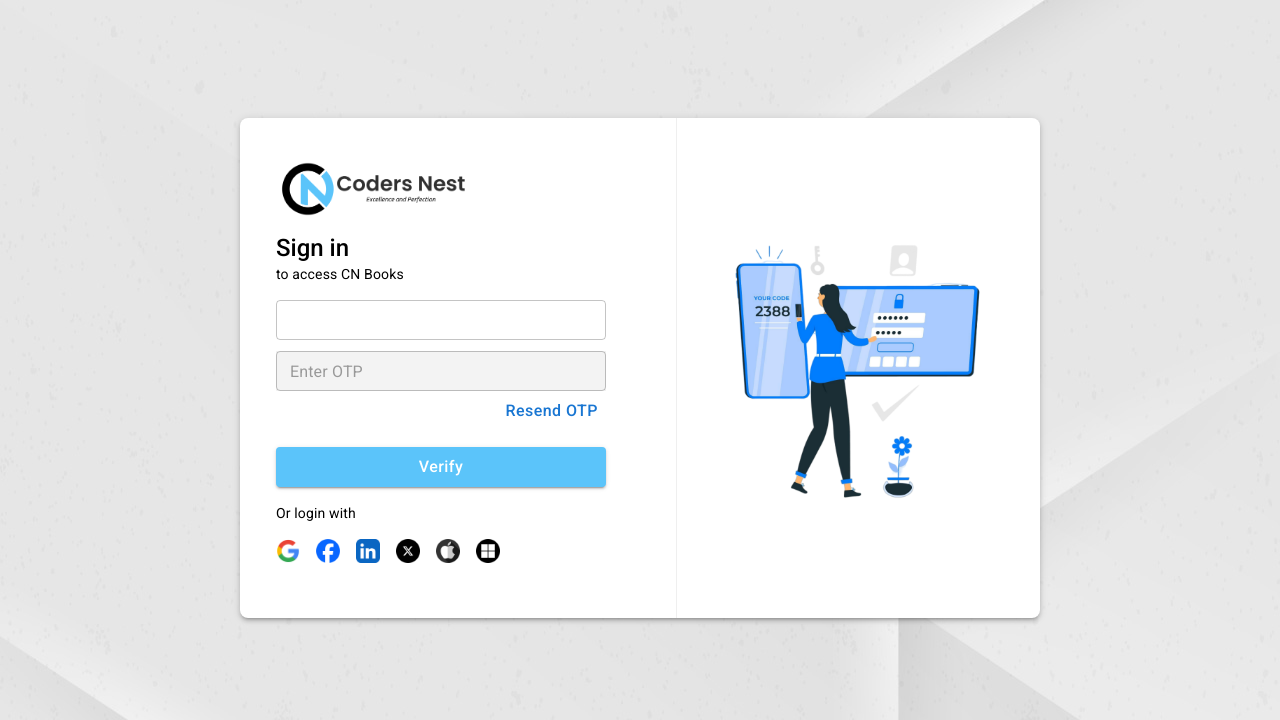
Repository: wajahadalishaik04/CN_Books
Page: /otpscreen
The author's editor kept a copy of each file at every save. The page is drawn from the files as they stood at one save, then again after the next save.
The browser window is 1280 px wide. The pictures show the whole page.
The project was rebuilt for these pictures with package versions that can differ from the ones it lists, and the page was loaded fresh each time. Also part of the build but not shown: vite.config.js, src/pages/LoginScreen.jsx, src/pages/Signin.jsx, src/pages/SignUp.jsx, src/pages/VerifyScreen.jsx, src/components/Header.jsx, src/components/SideBar.jsx, src/components/Content.jsx and 7 more.

Above is the page before, as saved 2024-09-30 14:07:43.

### index.html
<!DOCTYPE html>
<html lang="en">
  <head>
    <meta charset="UTF-8" />
    <link rel="preconnect" href="https://fonts.googleapis.com" />
    <link rel="preconnect" href="https://fonts.gstatic.com" crossorigin />
    <link
      rel="stylesheet"
      href="https://fonts.googleapis.com/css2?family=Roboto:wght@300;400;500;700&display=swap"
    />

    <meta name="viewport" content="width=device-width, initial-scale=1.0" />
    <title>CN_BOOKS</title>
  </head>
  <body>

    <div id="root"></div>
    <script type="module" src="/src/main.jsx"></script>
  </body>
</html>

### src/main.jsx
import { createRoot } from 'react-dom/client'
import App from './App.jsx'
import { Provider } from 'react-redux'
import store from './store/store.js'
import './styles/index.css'
createRoot(document.getElementById('root')).render(
 <Provider store={store}>
   <App />
 </Provider>
)

### src/App.jsx
import React from "react";
import LoginScreen from "./pages/LoginScreen";
import { BrowserRouter, Routes, Route, Navigate } from "react-router-dom";
import Signin from "./pages/Signin";
import { useSelector } from "react-redux";
import OtpScreen from "./pages/OtpScreen";
import SignUp from "./pages/SignUp";
import VerifyScreen from "./pages/VerifyScreen";
import DashboardScreen from "./pages/DashboardScreen";
import SideBar from "./components/SideBar";
import Header from "./components/Header";
import Customer from "./pages/Customer";
import WrapComponent from "./pages/WrapComponent";
import Category from "./pages/Category";
import NewCustomer from "./pages/customerscreens/NewCustomer";

const App = () => {
  const { user } = useSelector((e) => e.userReducer);
  return (
    <>
      <BrowserRouter>
        <Routes>
          <Route element={<WrapComponent />}>
            <Route path="/dashboardscreen" element={<DashboardScreen />} />
            <Route path="/customer" element={<Customer />} />
            <Route path="/category" element={<Category />} />
            <Route path="/newcustomer" element={<NewCustomer />} />

          </Route>
          <Route
            path="/"
            element={<Navigate to={user ? "/signin" : "/LoginScreen"} />}
          />
          <Route
            path="/signin"
            element={user ? <Navigate to={"/dashboardscreen"} /> : <Signin />}
          />
          <Route path="/loginscreen" element={<LoginScreen />} />
          <Route path="/otpscreen" element={<OtpScreen />} />
          <Route path="/signup" element={<SignUp />} />
          <Route path="/verifyscreen" element={<VerifyScreen />} />
        </Routes>
      </BrowserRouter>
    </>
  );
};

export default App;

### src/store/store.js
import { configureStore } from "@reduxjs/toolkit";
import { userReducer } from "./reducer";

const store = configureStore({
    reducer:{userReducer}
})
export default store;

### src/styles/index.css
*
{
    margin: 0;
    padding: 0;
    border: none;

}
.img
{
    background-color: red;
    background-clip: content-box;
    -webkit-background-clip: content-box;
    visibility: hidden;
}

### src/pages/OtpScreen.jsx
import React, { useState } from "react";
import {
  Box,
  Button,
  TextField,
  Typography,
  styled,
} from "@mui/material";
import { images } from "../utils/ImgUtils";
import { useLocation, useNavigate } from "react-router-dom";
import axios from "axios";
const OtpScreen = () => {
  const [otp, setOtp] = useState(""); // Store entered OTP
  const [error, setError] = useState(""); // Store error messages
  const navigate = useNavigate();
  const location = useLocation();
  const { emailMobile } = location.state || {};

  const ResendOtp = styled(Button)({
    textTransform: "none",
    fontSize: "1rem",
  });

  // Function to send OTP (called on Resend button click)
  const sendOtp = async () => {
    try {
      const response = await axios.post("https://api.example.com/send-otp", {
        phoneNumber: "1234567890", // replace with user's phone number
      });
      if (response.data.success) {
        console.log("OTP sent successfully");
      }
    } catch (error) {
      console.log("Error sending OTP:", error);
    }
  };

  // Handle OTP submission
  const handleSubmit = async () => {
    try {
      const response = await axios.post("https://api.example.com/verify-otp", {
        phoneNumber: "1234567890", // replace with user's phone number
        otp: 653762,
      });
      if (response.data.success) {
        navigate("/dashboardscreen");
      } else {
        setError("Invalid OTP. Please try again.");
      }
    } catch (error) {
      console.log("Error verifying OTP:", error);
      setError("Something went wrong. Please try again.");
    }
  };

  return (
    <Box
      display="flex"
      justifyContent="center"
      alignItems="center"
      width="100%"
      height="100vh"
      sx={{ backgroundImage: "url(/images/BackgroundImg.jpeg)" }}
    >
      <Box
        display="flex"
        bgcolor="#fff"
        boxShadow={3}
        marginTop={2}
        borderRadius="8px"
        overflow="hidden"
        width="800px"
        height="500px"
      >
        <Box flex={1} p={4.5} mt={1} component={"form"}>
          <Box flex={1} sx={{ width: "330px" }}>
            <Box display="flex" justifyContent="space-between" alignItems="center">
              <img src={images.codersnestLogo} alt="Logo" style={{ width: 200 }} />
            </Box>
            <Typography variant="h5" fontWeight={500} mt={2}>
              Sign in
            </Typography>
            <Typography variant="body2" color="default" mb={2}>
              to access CN Books
            </Typography>

            <TextField
              sx={{ marginBottom: 1.4 }}
              size="small"
              fullWidth
              defaultValue={emailMobile}
              slotProps={{
                input: {
                  readOnly: true,
                },
              }}
            />

            <TextField
              size="small"
              type="password"
              placeholder="Enter OTP"
              fullWidth
              value={otp}
              onChange={(e) => setOtp(e.target.value)}
              sx={{
                fontWeight: "500",
                backgroundColor: "#F3F3F3",
                "&:hover": {
                  backgroundColor: "#FFF",
                },
                "& .MuiOutlinedInput-root": {
                  "&.Mui-focused": {
                    backgroundColor: "#EBF9FF",
                    borderColor: "#5BC4FA",
                  },
                },
              }}

            />
            {error && <Typography color="red">{error}</Typography>}

            <Box sx={{ display: "flex", justifyContent: "flex-end" }}>
              <ResendOtp onClick={sendOtp}>Resend OTP</ResendOtp>
            </Box>

            <Button
              onClick={handleSubmit}
              variant="contained"
              fullWidth
              sx={{
                backgroundColor: "#5BC4FA",
                mt: 2,
                textTransform: "none",
                fontSize: "1rem",
              }}
            >
              Verify
            </Button>

            {/* Social Login */}
            <Typography variant="body2" color="#000000" mt={2}>
              Or login with
            </Typography>
            <Box display="flex" justifyContent="flex-start" gap={2} mt={2}>
              <img src={images.googleicon} width={24} alt="googleicon" />
              <img src={images.facebookicon} width={24} alt="facebookicon" />
              <img src={images.linkedinicon} width={24} alt="linkedinicon" />
              <img src={images.xicon} width={24} alt="xicon" />
              <img src={images.appleicon} width={24} alt="appleicon" />
              <img src={images.windowsicon} width={24} alt="windowsicon" />
            </Box>
          </Box>
        </Box>
        <Box sx={{ borderRight: "1.5px solid #EFEFEF" }}></Box>

        {/* Right Side - Illustration Image */}
        <Box
          flex={1}
          display="flex"
          justifyContent="center"
          alignItems="center"
          sx={{ display: { xs: "none", sm: "flex" } }}
        >
          <img src={images.otpImg} alt="Illustration" width="350px" height="auto" />
        </Box>
      </Box>
    </Box>
  );
};

export default OtpScreen;

### src/store/reducer.js
import { createReducer } from "@reduxjs/toolkit";

export const userReducer = createReducer({user:null},(builder)=>
{
    builder.addCase("loginUser",(state,action)=>
    {
        state.user = action.payload
    })
})

### src/utils/ImgUtils.js
export const images ={
    backgroundImg:"./images/BackgroundImg.jpeg",
    codersnest:"./images/codersnest.png",
    codersnestLogo:"./images/codersnest1.png",
    loginImg:"./images/login_illustration.png",
    otpImg:"./images/otpImg.png",
    signupImg:"./images/signup.png",
    googleicon:"./images/google-color-icon.png",
    facebookicon:"./images/facebook-round-color-icon.png",
    linkedinicon:"./images/linkedin-app-icon.png",
    xicon:"./images/x-social-media-round-icon.png",
    officemanImg:"./images/officeman.png",
    appleicon:"./images/apple.png",
    windowsicon:"./images/windows.png",
    Arrowdownicon:"./images/Arrowdown.png",
    Customericon:"./images/Customer.png",
    Addressicon:"./images/Address.png",
    Passwordicon:"./images/Password.png",
    Accounticon:"./images/Account.png",
    Logouticon:"./images/Logout.png",
    dashboardwhiteicon:"./images/DashboardWhiteIcon.png",
    dashboardicon:"./images/DashboardIcon.png",
    groupcustomericon:"./images/GroupCustomerIcon.png",
    groupcustomerwhiteicon:"./images/GroupCustomerWhiteIcon.png",
    categoryicon:"./images/categoryicon.png",
    categorywhiteicon:"./images/CategoryWhiteIcon.png",
    editicon:"./images/EditIcon.png",
    binicon:"./images/EditIcon.png",
    editicon:"./images/BinIcon.png",
    hiddenicon:"./images/HiddenIcon.png",
    verticaldoticon:"./images/VerticalDots.png",
    dollararrowicon:"./images/dollarArrow.png",
    doticon:"./images/dotIcon.png"
}

After the next save:
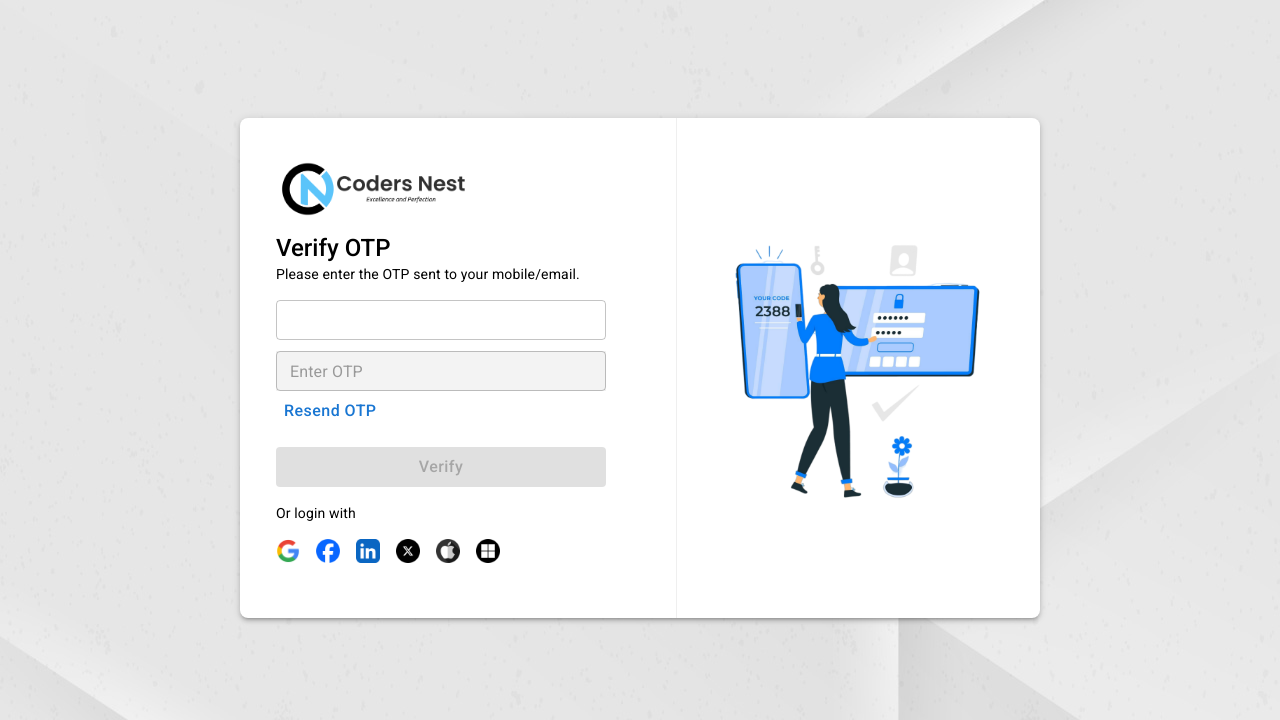
Saved 7 min 39 s later.
--- a/src/pages/OtpScreen.jsx
+++ b/src/pages/OtpScreen.jsx
@@ -1,17 +1,15 @@
-import React, { useState } from "react";
-import {
-  Box,
-  Button,
-  TextField,
-  Typography,
-  styled,
-} from "@mui/material";
+import React, { useState, useEffect } from "react";
+import { Box, Button, TextField, Typography, styled } from "@mui/material";
 import { images } from "../utils/ImgUtils";
 import { useLocation, useNavigate } from "react-router-dom";
 import axios from "axios";
+
 const OtpScreen = () => {
   const [otp, setOtp] = useState(""); // Store entered OTP
+  const [generatedOtp, setGeneratedOtp] = useState(""); // Store generated OTP
   const [error, setError] = useState(""); // Store error messages
+  const [sent, setSent] = useState(false); // Track if OTP is sent
+  const [verifyEnabled, setVerifyEnabled] = useState(false); // Enable/disable Verify button
   const navigate = useNavigate();
   const location = useLocation();
   const { emailMobile } = location.state || {};
@@ -21,37 +19,31 @@
     fontSize: "1rem",
   });
 
-  // Function to send OTP (called on Resend button click)
-  const sendOtp = async () => {
-    try {
-      const response = await axios.post("https://api.example.com/send-otp", {
-        phoneNumber: "1234567890", // replace with user's phone number
-      });
-      if (response.data.success) {
-        console.log("OTP sent successfully");
-      }
-    } catch (error) {
-      console.log("Error sending OTP:", error);
+  // Function to generate and send OTP
+  const sendOtp = () => {
+    const randomOtp = Math.floor(100000 + Math.random() * 900000); // Generate 6-digit random OTP
+    setGeneratedOtp(randomOtp);
+    setSent(true); // Show "Sent" text
+    alert(`OTP sent: ${randomOtp}`); // Show OTP in an alert (replace this with actual API call in production)
+  };
+
+  // Handle OTP submission
+  const handleSubmit = () => {
+    if (otp === generatedOtp.toString()) {
+      navigate("/dashboardscreen");
+    } else {
+      setError("Invalid OTP. Please try again.");
     }
   };
 
-  // Handle OTP submission
-  const handleSubmit = async () => {
-    try {
-      const response = await axios.post("https://api.example.com/verify-otp", {
-        phoneNumber: "1234567890", // replace with user's phone number
-        otp: 653762,
-      });
-      if (response.data.success) {
-        navigate("/dashboardscreen");
-      } else {
-        setError("Invalid OTP. Please try again.");
-      }
-    } catch (error) {
-      console.log("Error verifying OTP:", error);
-      setError("Something went wrong. Please try again.");
+  // Enable Verify button when OTP length is 6
+  useEffect(() => {
+    if (otp.length === 6) {
+      setVerifyEnabled(true);
+    } else {
+      setVerifyEnabled(false);
     }
-  };
+  }, [otp]);
 
   return (
     <Box
@@ -78,10 +70,10 @@
               <img src={images.codersnestLogo} alt="Logo" style={{ width: 200 }} />
             </Box>
             <Typography variant="h5" fontWeight={500} mt={2}>
-              Sign in
+              Verify OTP
             </Typography>
             <Typography variant="body2" color="default" mb={2}>
-              to access CN Books
+              Please enter the OTP sent to your mobile/email.
             </Typography>
 
             <TextField
@@ -89,16 +81,14 @@
               size="small"
               fullWidth
               defaultValue={emailMobile}
-              slotProps={{
-                input: {
-                  readOnly: true,
-                },
+              InputProps={{
+                readOnly: true,
               }}
             />
 
             <TextField
               size="small"
-              type="password"
+              type="text"
               placeholder="Enter OTP"
               fullWidth
               value={otp}
@@ -116,20 +106,28 @@
                   },
                 },
               }}
+            />
 
-            />
             {error && <Typography color="red">{error}</Typography>}
 
-            <Box sx={{ display: "flex", justifyContent: "flex-end" }}>
+            <Box
+              sx={{
+                display: "flex",
+                justifyContent: "space-between",
+                alignItems: "center",
+              }}
+            >
               <ResendOtp onClick={sendOtp}>Resend OTP</ResendOtp>
+              {sent && <Typography variant="body2" color="green">Sent</Typography>}
             </Box>
 
             <Button
               onClick={handleSubmit}
               variant="contained"
               fullWidth
+              disabled={!verifyEnabled} // Disable button until OTP is filled
               sx={{
-                backgroundColor: "#5BC4FA",
+                backgroundColor: verifyEnabled ? "#5BC4FA" : "#C0E8FB",
                 mt: 2,
                 textTransform: "none",
                 fontSize: "1rem",

After the save that followed:
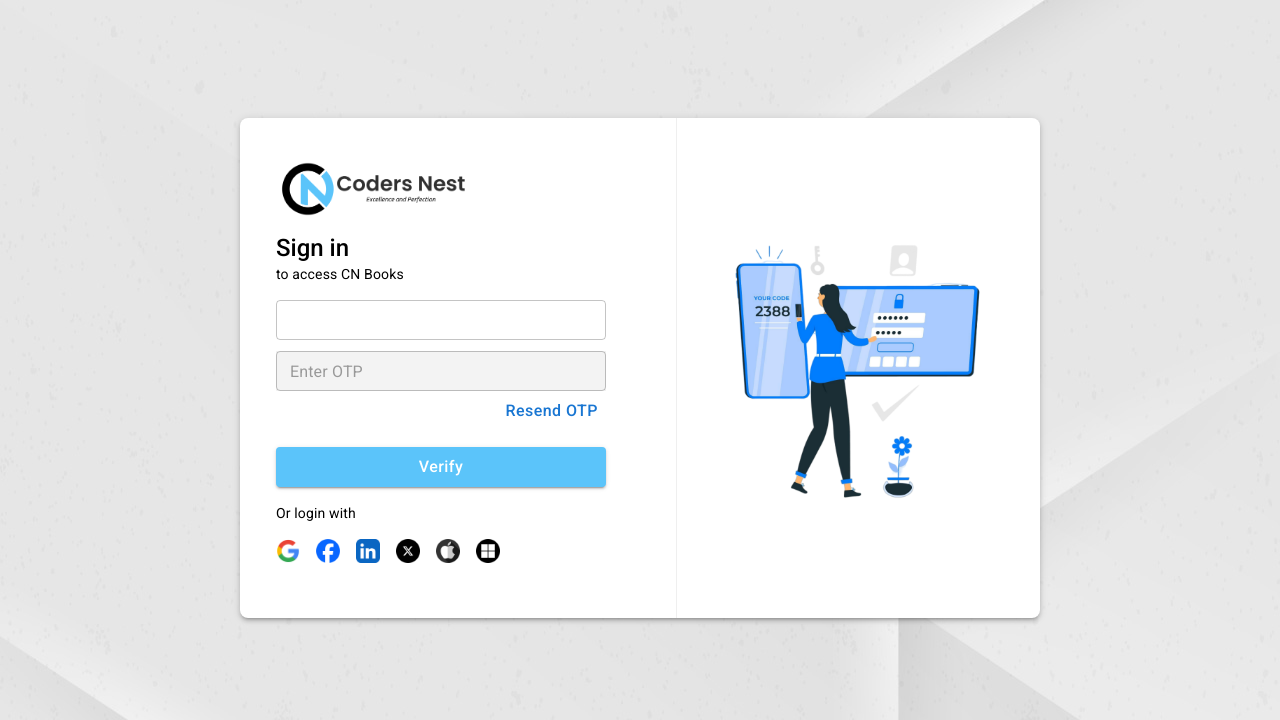
Saved 115 s later.
--- a/src/pages/OtpScreen.jsx
+++ b/src/pages/OtpScreen.jsx
@@ -1,15 +1,17 @@
-import React, { useState, useEffect } from "react";
-import { Box, Button, TextField, Typography, styled } from "@mui/material";
+import React, { useState } from "react";
+import {
+  Box,
+  Button,
+  TextField,
+  Typography,
+  styled,
+} from "@mui/material";
 import { images } from "../utils/ImgUtils";
 import { useLocation, useNavigate } from "react-router-dom";
 import axios from "axios";
-
 const OtpScreen = () => {
   const [otp, setOtp] = useState(""); // Store entered OTP
-  const [generatedOtp, setGeneratedOtp] = useState(""); // Store generated OTP
   const [error, setError] = useState(""); // Store error messages
-  const [sent, setSent] = useState(false); // Track if OTP is sent
-  const [verifyEnabled, setVerifyEnabled] = useState(false); // Enable/disable Verify button
   const navigate = useNavigate();
   const location = useLocation();
   const { emailMobile } = location.state || {};
@@ -19,31 +21,37 @@
     fontSize: "1rem",
   });
 
-  // Function to generate and send OTP
-  const sendOtp = () => {
-    const randomOtp = Math.floor(100000 + Math.random() * 900000); // Generate 6-digit random OTP
-    setGeneratedOtp(randomOtp);
-    setSent(true); // Show "Sent" text
-    alert(`OTP sent: ${randomOtp}`); // Show OTP in an alert (replace this with actual API call in production)
+  // Function to send OTP (called on Resend button click)
+  const sendOtp = async () => {
+    try {
+      const response = await axios.post("https://api.example.com/send-otp", {
+        phoneNumber: "1234567890", // replace with user's phone number
+      });
+      if (response.data.success) {
+        console.log("OTP sent successfully");
+      }
+    } catch (error) {
+      console.log("Error sending OTP:", error);
+    }
   };
 
   // Handle OTP submission
-  const handleSubmit = () => {
-    if (otp === generatedOtp.toString()) {
-      navigate("/dashboardscreen");
-    } else {
-      setError("Invalid OTP. Please try again.");
+  const handleSubmit = async () => {
+    try {
+      const response = await axios.post("https://api.example.com/verify-otp", {
+        phoneNumber: "1234567890", // replace with user's phone number
+        otp: 653762,
+      });
+      if (response.data.success) {
+        navigate("/dashboardscreen");
+      } else {
+        setError("Invalid OTP. Please try again.");
+      }
+    } catch (error) {
+      console.log("Error verifying OTP:", error);
+      setError("Something went wrong. Please try again.");
     }
   };
-
-  // Enable Verify button when OTP length is 6
-  useEffect(() => {
-    if (otp.length === 6) {
-      setVerifyEnabled(true);
-    } else {
-      setVerifyEnabled(false);
-    }
-  }, [otp]);
 
   return (
     <Box
@@ -70,10 +78,10 @@
               <img src={images.codersnestLogo} alt="Logo" style={{ width: 200 }} />
             </Box>
             <Typography variant="h5" fontWeight={500} mt={2}>
-              Verify OTP
+              Sign in
             </Typography>
             <Typography variant="body2" color="default" mb={2}>
-              Please enter the OTP sent to your mobile/email.
+              to access CN Books
             </Typography>
 
             <TextField
@@ -81,14 +89,16 @@
               size="small"
               fullWidth
               defaultValue={emailMobile}
-              InputProps={{
-                readOnly: true,
+              slotProps={{
+                input: {
+                  readOnly: true,
+                },
               }}
             />
 
             <TextField
               size="small"
-              type="text"
+              type="password"
               placeholder="Enter OTP"
               fullWidth
               value={otp}
@@ -106,28 +116,20 @@
                   },
                 },
               }}
+
             />
-
             {error && <Typography color="red">{error}</Typography>}
 
-            <Box
-              sx={{
-                display: "flex",
-                justifyContent: "space-between",
-                alignItems: "center",
-              }}
-            >
+            <Box sx={{ display: "flex", justifyContent: "flex-end" }}>
               <ResendOtp onClick={sendOtp}>Resend OTP</ResendOtp>
-              {sent && <Typography variant="body2" color="green">Sent</Typography>}
             </Box>
 
             <Button
               onClick={handleSubmit}
               variant="contained"
               fullWidth
-              disabled={!verifyEnabled} // Disable button until OTP is filled
               sx={{
-                backgroundColor: verifyEnabled ? "#5BC4FA" : "#C0E8FB",
+                backgroundColor: "#5BC4FA",
                 mt: 2,
                 textTransform: "none",
                 fontSize: "1rem",
